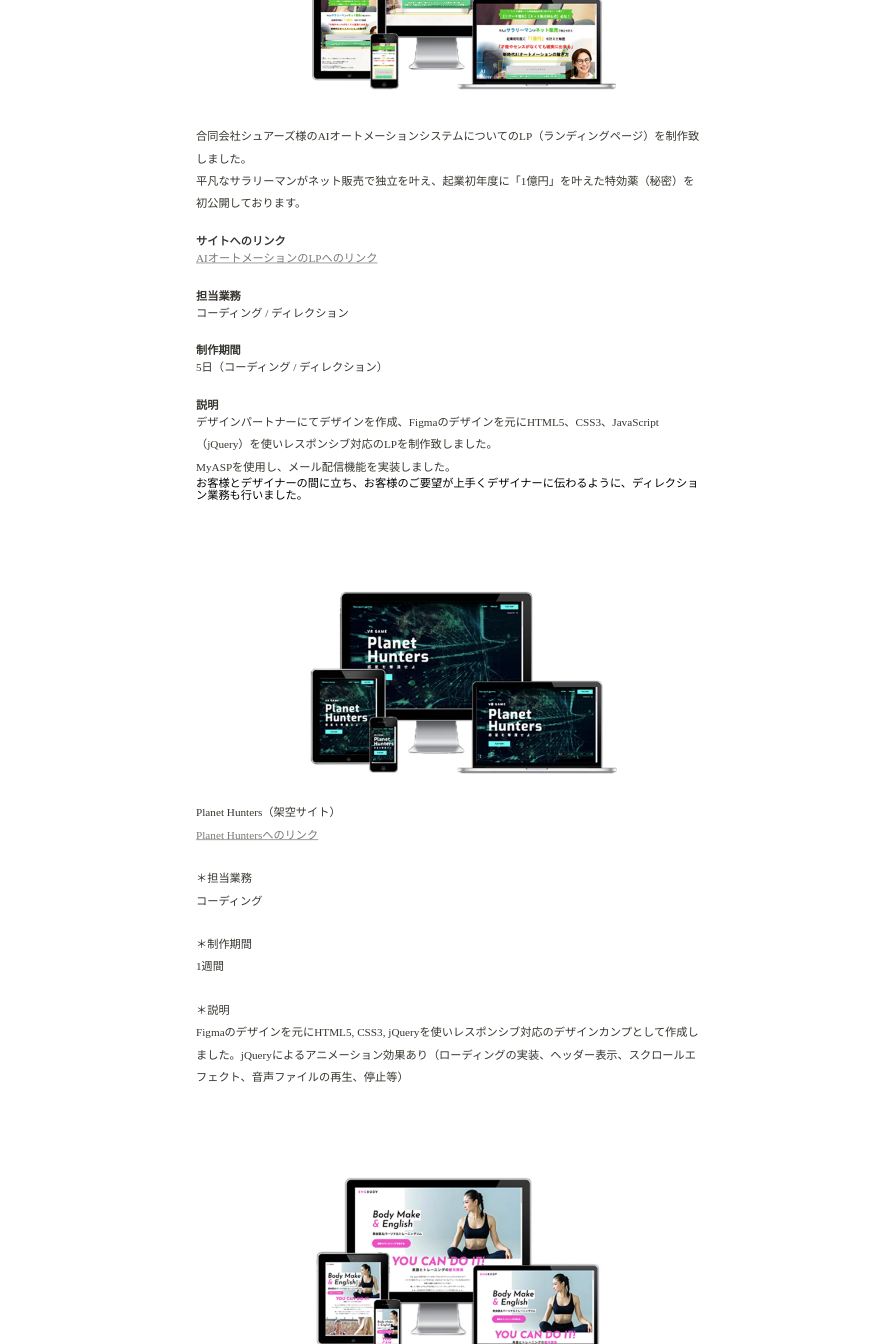
Repository: tetishi/my-portfolio
Page: index.html
An editor plug-in stored every save of this project. The page is shown before and after a run of saves, followed by the edit.
The browser window is 1280 px wide. The pictures show the part of the page from y = 3053 to 4973 px (the page is 11517 px tall before and 11485 px after), at 70% of full size.
The style sheet was rebuilt from its Sass, Less or Tailwind sources for each picture, by a compiler version that may differ from the author's.

Above is the page before, as saved 2024-05-19 15:44:39.

### index.html
<!DOCTYPE html>
<html lang="ja">

<head>
    <meta name="robots" content="noindex">
    <meta charset="UTF-8">
    <meta name="viewport" content="width=device-width, initial-scale=1.0">
    <meta http-equiv="X-UA-Compatible" content="ie=edge">
    <meta property="og:title" content="石田哲朗のポートフォリオ" />
    <meta property="og:type" content="website" />
    <meta property="og:url" content="http://tetsuroishida.com/" />
    <meta property="og:image" content="#" />
    <meta property="og:site_name" content="ポートフォリオ" />
    <meta property="og:description" content="石田哲朗のポートフォリオです。過去の作品、スキル、使用ツール、自己紹介を掲載しております。" />
    <title>石田哲朗のポートフォリオ</title>
    <link rel="stylesheet" href="reset.css">
    <link rel="stylesheet" href="style.css">
    <link rel="icon" href="img/favicon.ico">
</head>

<body>
    <header class="header">
        <div class="header-inner">
            <h1 class="logo">
                <a href="/">
                    <img class="logo_img" src="img/favicon.png" alt="">
                </a>
            </h1>
            <nav class="header-nav">
                <ul class="header-ul">
                    <li class="header-li">
                        <a href="#">過去の作品</a>
                    </li>
                    <li class="header-li">
                        <a href="#">スキル</a>
                    </li>
                    <li class="header-li">
                        <a href="#">使用ツール</a>
                    </li>
                    <li class="header-li">
                        <a href="#">私について</a>
                    </li>
                </ul>
            </nav>
            <button class="mobile-menu_btn">
                <span></span>
                <span></span>
                <span></span>
            </button>
            <div class="mobile-header">
                <nav class="mobile-header_nav">
                    <ul class="mobile-header_ul">
                        <li class="mobile-header_li">
                            <a href="#">過去の作品</a>
                        </li>
                        <li class="mobile-header_li">
                            <a href="#">スキル</a>
                        </li>
                        <li class="mobile-header_li">
                            <a href="#">使用ツール</a>
                        </li>
                        <li class="mobile-header_li">
                            <a href="#">私について</a>
                        </li>
                    </ul>
                </nav>
            </div>
        </div>
    </header>

    <main>

        <section>
            <!-- ここ記入 -->
            <h1>ポートフォリオ<br class="d-none">（石田 哲朗）</h1>
            <p>お忙しい中 ご覧頂きありがとうございます。</p>
            <p>以下、過去の作品でございます。</p>
            <!-- ここ記入 -->
            <!-- <p>ベーシック認証がかかっているものは<br>ID aaa<br>パスワード aaa<br> です。</p> -->
        </section>
        <section>

            <h2>過去の作品</h2>
            <h3 class="sub-tit">LP作成</h3>

            <!-- １作品目 -->
            <div class="work">
                <!-- ここ記入 -->
                <h3 class="work_tit">UNIVERSAL HOLDINGS様／山中湖オリオン</h3>

                <!-- サイトのイメージ写真を入れます -->
                <a class="work_img-link" target="_blank" href="https://orion.universalholdings.jp/">
                    <picture>
                        <source srcset="img/universal-holdings@2x.webp" type="image/webp">
                        <img src="img/universal-holdings@2x.png">
                    </picture>
                </a>
                <p>
                    UNIVERSAL HOLDINGS様の貸別荘ビジネス「山中湖オリオン」についてのLP（ランディングページ）を制作致しました。<br>
                    「山中湖オリオン」は優れた強固な構造が特徴で、長期の運用が可能なフィンランドログを使用した貸別荘です。<br>
                </p>
                <h3 class="details">サイトへのリンク</h3>
                <!-- ここ記入 -->
                <p class="work_link"><a target="_blank" rel="noopener noreferrer" href="https://orion.universalholdings.jp/">UNIVERSAL HOLDINGS様／山中湖オリオンのLPへのリンク</a></p>
                <p class="work_link"><a target="_blank" rel="noopener noreferrer" href="https://orion-salon.universalholdings.jp/">UNIVERSAL HOLDINGS様／山中湖オリオン ABテスト用LPへのリンク</a></p>

                <h3 class="details">担当業務</h3>
                <p>コーディング / WordPress</p>
                <h3 class="details">サイトの目的</h3>
                <p>共同事業パートナーの募集 / 事業の認知</p>
                <h3 class="details">制作期間</h3>
                <!-- ここ記入 -->
                <p>約5日（コーディング / WordPress）</p>
                <h3 class="details">説明</h3>
                <!-- ここ記入 -->
                <p>
                    UNIVERSAL HOLDINGS様の貸別荘ビジネス「山中湖オリオン」についてのLP（ランディングページ）を制作致しました。<br>
                    「山中湖オリオン」は優れた強固な構造が特徴で、長期の運用が可能なフィンランドログを使用した貸別荘です。<br>
                    デザインパートナーにてデザインを作成、Photoshopのデザインを元にHTML5, CSS3, JavaScript(jQuery)を使用しLPをコーディング、WordPress化致しました。<br>
                    ・ユーザーにとってクリックしやすくなるように、ボタンは光るようにコーディングしております。<br>
                    ・ABテスト用に一部異なるデザインのLPも制作致しました。
                </p>
            </div>


            <!-- 2作品目 -->
            <div class="work">
                <!-- ここ記入 -->
                <h3 class="work_tit">合同会社シュアーズ様／AIオートメーションシステムのLP</h3>

                <!-- サイトのイメージ写真を入れます -->
                <a class="work_img-link" target="_blank" href="https://sedori-go.com/automation-b/">
                    <picture>
                        <source srcset="img/automation-b@2x.webp" type="image/webp">
                        <img src="img/automation-b@2x.png">
                    </picture>
                </a>
                <!-- ここ記入 -->
                <p>
                    合同会社シュアーズ様のAIオートメーションシステムについてのLP（ランディングページ）を制作致しました。<br>
                    平凡なサラリーマンがネット販売で独立を叶え、起業初年度に「1億円」を叶えた特効薬（秘密）を初公開しております。
                </p>

                <h3 class="details">サイトへのリンク</h3>
                <p class="work_link"><a target="_blank" rel="noopener noreferrer" href="https://sedori-go.com/automation-b/">AIオートメーションシステムのLPへのリンク</a></p>

                <h3 class="details">担当業務</h3>
                <p>コーディング / ディレクション</p>

                <h3 class="details">サイトの目的</h3>
                <p>サービスの認知 / 新規クライアントの獲得</p>

                <h3 class="details">制作期間</h3>
                <!-- ここ記入 -->
                <p>5日（コーディング / ディレクション）</p>

                <h3 class="details">説明</h3>
                <!-- ここ記入 -->
                <p>デザインパートナーにてデザインを作成、Figmaのデザインを元にHTML5、CSS3、JavaScript（jQuery）を使いレスポンシブ対応のLPを制作致しました。<br>
                    MyASPを使用し、メール配信機能を実装しました。<br>
                    お客様とデザイナーの間に立ち、お客様のご要望が上手くデザイナーに伝わるように、ディレクション業務も行いました。
                </p>
            </div>

            <!-- 3作品目 -->
            <div class="work">
                <h3 class="work_tit">合同会社シュアーズ様／AIオートメーションのLP</h3>

                <!-- サイトのイメージ写真を入れます -->
                <a class="work_img-link" target="_blank" href="https://sedori-go.com/automationlp/">
                    <picture>
                        <source srcset="img/automation-a@2x.webp" type="image/webp">
                        <img src="img/automation-a@2x.png">
                    </picture>
                </a>
                <!-- ここ記入 -->
                <p>
                    合同会社シュアーズ様のAIオートメーションシステムについてのLP（ランディングページ）を制作致しました。<br>
                    平凡なサラリーマンがネット販売で独立を叶え、起業初年度に「1億円」を叶えた特効薬（秘密）を初公開しております。
                </p>

                <h3 class="details">サイトへのリンク</h3>
                <p class="work_link"><a target="_blank" rel="noopener noreferrer" href="https://sedori-go.com/automationlp/">AIオートメーションのLPへのリンク</a></p>

                <h3 class="details">担当業務</h3>
                <p>コーディング / ディレクション</p>

                <h3 class="details">制作期間</h3>
                <!-- ここ記入 -->
                <!-- <p>11日（6日デザイン、5日コーディング）</p> -->
                <p>5日（コーディング / ディレクション）</p>

                <h3 class="details">説明</h3>
                <!-- ここ記入 -->
                <p>デザインパートナーにてデザインを作成、Figmaのデザインを元にHTML5、CSS3、JavaScript（jQuery）を使いレスポンシブ対応のLPを制作致しました。<br>
                    MyASPを使用し、メール配信機能を実装しました。</p>
                    お客様とデザイナーの間に立ち、お客様のご要望が上手くデザイナーに伝わるように、ディレクション業務も行いました。
            </div>

            <!-- 4作品目 -->
            <div class="work">
                <!-- サイトのイメージ写真を入れます -->
                <picture>
                    <source srcset="img/planet-hunters@2x.webp" type="image/webp">
                    <img src="img/planet-hunters@2x.png">
                </picture>
                <!-- ここ記入 -->
                <p class="work_tit">Planet Hunters（架空サイト）</p>
                <!-- ここ記入 -->
                <p class="work_link"><a target="_blank" rel="noopener noreferrer" href="https://tetishi.github.io/planet-hunters/">Planet Huntersへのリンク</a></p>
                <p class="details">＊担当業務</p>
                <p>コーディング</p>
                <p class="details">＊制作期間</p>
                <!-- ここ記入 -->
                <p>1週間</p>
                <p class="details">＊説明</p>
                <!-- ここ記入 -->
                <p>Figmaのデザインを元にHTML5, CSS3, jQueryを使いレスポンシブ対応のデザインカンプとして作成しました。jQueryによるアニメーション効果あり（ローディングの実装、ヘッダー表示、スクロールエフェクト、音声ファイルの再生、停止等）</p>
            </div>

            <!-- 5作品目 -->
            <div class="work">
                <!-- サイトのイメージ写真を入れます -->
                <picture>
                    <source srcset="img/engbody@2x.webp" type="image/webp">
                    <img src="img/engbody@2x.png">
                </picture>
                <!-- ここ記入 -->
                <p class="work_tit">ENGBODY（架空サイト）</p>
                <!-- ここ記入 -->
                <p class="work_link"><a target="_blank" rel="noopener noreferrer" href="https://tetishi.github.io/engbody/">ENGBODYへのリンク</a></p>
                <p class="details">＊担当業務</p>
                <p>コーディング</p>
                <p class="details">＊制作期間</p>
                <!-- ここ記入 -->
                <p>2週間</p>
                <p class="details">＊説明</p>
                <!-- ここ記入 -->
                <p>XDのデザインを元にHTML5, CSS3, jQueryを使いレスポンシブ対応のデザインカンプとして作成しました。jQueryによるアニメーション効果あり（ヘッダー表示、背景色のアニメーション、スクロールエフェクト、タブ、スライダー、アコーディオン、ページ内横スクロール等）モバイルファーストによるコーディングを実施しました。</p>
            </div>

            <!-- 　6作品目 -->
            <div class="work">
                <!-- サイトのイメージ写真を入れます -->
                <picture>
                    <source srcset="img/cresta-design@2x.webp" type="image/webp">
                    <img src="img/cresta-design@2x.png">
                </picture>
                <!-- ここ記入 -->
                <p class="work_tit">Cresta Design（架空サイト）</p>
                <!-- ここ記入 -->
                <p class="work_link"><a target="_blank" rel="noopener noreferrer" href="https://tetishi.github.io/cresta-design/">Cresta Designへのリンク</a></p>
                <p class="details">＊担当業務</p>
                <p>コーディング</p>
                <p class="details">＊制作期間</p>
                <!-- ここ記入 -->
                <p>2週間</p>
                <p class="details">＊説明</p>
                <!-- ここ記入 -->
                <p>XDのデザインを元にHTML5, CSS3, jQueryを使いレスポンシブ対応のデザインカンプとして作成しました。jQueryによるアニメーション効果あり（ハンバーガーメニュー、ページ内スクロールボタン）</p>
            </div>

            <!-- 　7作品目 -->
            <div class="work">
                <!-- サイトのイメージ写真を入れます -->
                <picture>
                    <source srcset="img/wdc@2x.webp" type="image/webp">
                    <img src="img/wdc@2x.png">
                </picture>
                <!-- ここ記入 -->
                <p class="work_tit">WDC（架空サイト）</p>
                <!-- ここ記入 -->
                <p class="work_link"><a target="_blank" rel="noopener noreferrer" href="https://tetishi.github.io/wdc/">WDCへのリンク</a></p>
                <p class="details">＊担当業務</p>
                <p>コーディング</p>
                <p class="details">＊制作期間</p>
                <!-- ここ記入 -->
                <p>2週間</p>
                <p class="details">＊説明</p>
                <!-- ここ記入 -->
                <p>XDのデザインを元にHTML5, CSS3, jQueryを使いレスポンシブ対応のデザインカンプとして作成しました。jQueryによるアニメーション効果あり（ページ内スクロールボタン、トップに戻るボタン）</p>
            </div>

            <!-- 　8作品目 -->
            <div class="work">
                <!-- サイトのイメージ写真を入れます -->
                <picture>
                    <source srcset="img/munchkin@2x.webp" type="image/webp">
                    <img src="img/munchkin@2x.png">
                </picture>
                <!-- ここ記入 -->
                <p class="work_tit">MUNCHKIN（架空サイト）</p>
                <!-- ここ記入 -->
                <p class="work_link"><a target="_blank" rel="noopener noreferrer" href="https://tetishi.github.io/munchkin2/">MUNCHKINへのリンク</a></p>
                <p class="details">＊担当業務</p>
                <p>コーディング</p>
                <p class="details">＊制作期間</p>
                <!-- ここ記入 -->
                <p>1週間</p>
                <p class="details">＊説明</p>
                <!-- ここ記入 -->
                <p>XDのデザインを元にHTML5, CSS3, jQueryを使いレスポンシブ対応のデザインカンプとして作成しました。jQueryによるアニメーション効果あり（ハンバーガーメニュー、スクロールボタン）</p>
            </div>


            <h3 class="sub-tit">コーポレイトサイト作成</h3>
            <!-- 　1作品目 -->
            <div class="work">
                <!-- サイトのイメージ写真を入れます -->
                <picture>
                    <source srcset="img/pon-design@2x.webp" type="image/webp">
                    <img src="img/pon-design@2x.png">
                </picture>
                <!-- ここ記入 -->
                <p class="work_tit">PON DESIGN（架空サイト）</p>
                <!-- ここ記入 -->
                <p class="work_link"><a target="_blank" rel="noopener noreferrer" href="https://tetishi.github.io/pon-design/">PON DESIGNへのリンク</a></p>
                <p class="details">＊担当業務</p>
                <p>コーディング</p>
                <p class="details">＊制作期間</p>
                <!-- ここ記入 -->
                <p>約18日</p>
                <p class="details">＊説明</p>
                <!-- ここ記入 -->
                <p>XDのデザインを元にHTML5, CSS3, jQueryを使いレスポンシブ対応のデザインカンプとして作成しました。jQueryによるアニメーション効果あり（ハンバーガーメニュー、スライダー等）</p>
            </div>


            <!-- 　2作品目 -->
            <div class="work">
                <!-- サイトのイメージ写真を入れます -->
                <picture>
                    <source srcset="img/start@2x.webp" type="image/webp">
                    <img src="img/start@2x.png">
                </picture>
                <!-- ここ記入 -->
                <p class="work_tit">START（架空サイト）</p>
                <!-- ここ記入 -->
                <p class="work_link"><a target="_blank" rel="noopener noreferrer" href="https://tetishi.github.io/">STARTへのリンク</a></p>
                <p class="details">＊担当業務</p>
                <p>コーディング</p>
                <p class="details">＊制作期間</p>
                <!-- ここ記入 -->
                <p>1週間</p>
                <p class="details">＊説明</p>
                <!-- ここ記入 -->
                <p>XDのデザインを元にHTML5, CSS3, jQueryを使いレスポンシブ対応のデザインカンプとして作成しました。jQueryによるアニメーション効果あり（ハンバーガーメニュー）</p>
            </div>

            <!-- <div class="work"> -->
                <!-- サイトのイメージ写真を入れます -->
                <!-- <picture>
                    <source srcset="img/#" type="image/webp">
                    <img src="img/#">
                </picture> -->
                <!-- ここ記入 -->
                <!-- <p class="work_tit">ここに作品のタイトルを入れます</p> -->
                <!-- ここ記入 -->
                <!-- <p class="work_link"><a target="_blank" rel="noopener noreferrer" href="#">ここにリンクを入れます</a></p>
                <p class="details">＊担当業務</p>
                <p>コーディング</p>
                <p class="details">＊制作期間</p> -->
                <!-- ここ記入 -->
                <!-- <p>○週間</p>
                <p class="details">＊説明</p> -->
                <!-- ここ記入 -->
                <!-- <p>ここに説明文を入れます</p>
            </div> -->


        </section>
        <section>
            <h2>スキル</h2>
            <h3 class="info-tit">使用言語</h3>
            <p>HTML / CSS / Sass / Javascript / SEO / PHP</p>
            <h3 class="info-tit">フレ-ムワーク</h3>
            <p>jQuery / WordPress</p>
        </section>
        <section>
            <h2>使用ツール</h2>
            <h3 class="info-tit">エディター</h3>
            <p>Visual Studio Code</p>
            <h3 class="info-tit">テストサーバー</h3>
            <p>シン・クラウド for Free / エックスフリー</p>
            <h3 class="info-tit">バージョン管理ツール</h3>
            <p>GitHub</p>
            <h3 class="info-tit">連絡ツール</h3>
            <p>slack / Chatwork</p>
        </section>
        <section>
            <h2>私について</h2>
            <!-- 自分の写真を入れます -->
            <picture>
                <source srcset="img/myself.webp" type="image/webp">
                <img class="people" src="img/myself.jpeg">
            </picture>
            <!-- <img class="people" src="img/myself.jpeg"> -->
            <h3 class="info-tit">名前</h3>
            <!-- ここ記入 -->
            <p>石田 哲朗</p>
            <h3 class="info-tit">生年月日</h3>
            <!-- ここ記入 -->
            <p>1992年11月12日</p>
            <h3 class="info-tit">出身</h3>
            <!-- ここ記入 -->
            <p>奈良県</p>
            <h3 class="info-tit">経歴</h3>
            <!-- ここ記入 -->
            <ul class="carrier-list">
                <li class="carrier-item">
                    <p class="carrier-year">2015</p>
                    <p class="carrier-content">大阪の大学を経済学部で卒業</p>
                </li>
                <li class="carrier-item">
                    <p class="carrier-year">2015 - 2017</p>
                    <p class="carrier-content">アメリカ、ロサンゼルスの語学学校で英語を学ぶ</p>
                </li>
                <li class="carrier-item">
                    <p class="carrier-year">2017 - 2019</p>
                    <p class="carrier-content">カリフォルニア州オークランドにあるLaney Collegeにてコンピュータプログラミング専攻し卒業</p>
                </li>
                <li class="carrier-item">
                    <p class="carrier-year">2019</p>
                    <p class="carrier-content">フリーランスのWebエンジニアとして活動</p>
                </li>
                <li class="carrier-item">
                    <p class="carrier-year">2019 - 2020</p>
                    <p class="carrier-content">プログラミングスクールにてRuby on Ralisなどを学び実際に業務としてWeb開発を実施</p>
                </li>
                <li class="carrier-item">
                    <p class="carrier-year">2021 ~ 2023</p>
                    <p class="carrier-content">ネットワークエンジニアとして勤務</p>
                </li>
                <li class="carrier-item">
                    <p class="carrier-year">2022 ~ 現在</p>
                    <p class="carrier-content">フリーランスのWebエンジニアとして活動中</p>
                </li>
            </ul>
        </section>



    </main>

    <footer class="footer">
        <div class="footer-copyright">
            <p>
                © 2023 Tetsuro Ishida's portfolio All rights reserved
            </p>
        </div>
    </footer>

</body>

</html>

### reset.css
/*
html5doctor.com Reset Stylesheet
v1.6.1
Last Updated: 2010-09-17
Author: Richard Clark - http://richclarkdesign.com
Twitter: @rich_clark
*/

html,
body,
div,
span,
object,
iframe,
h1,
h2,
h3,
h4,
h5,
h6,
p,
blockquote,
pre,
abbr,
address,
cite,
code,
del,
dfn,
em,
img,
ins,
kbd,
q,
samp,
small,
strong,
sub,
sup,
var,
b,
i,
dl,
dt,
dd,
ol,
ul,
li,
fieldset,
form,
label,
legend,
table,
caption,
tbody,
tfoot,
thead,
tr,
th,
td,
article,
aside,
canvas,
details,
figcaption,
figure,
footer,
header,
hgroup,
menu,
nav,
section,
summary,
time,
mark,
audio,
video {
    margin: 0;
    padding: 0;
    border: 0;
    outline: 0;
    font-size: 100%;
    vertical-align: baseline;
    background: transparent;
}

body {
    line-height: 1;
}

article,
aside,
details,
figcaption,
figure,
footer,
header,
hgroup,
menu,
nav,
section {
    display: block;
}

nav ul {
    list-style: none;
}

blockquote,
q {
    quotes: none;
}

blockquote:before,
blockquote:after,
q:before,
q:after {
    content: '';
    content: none;
}

a {
    margin: 0;
    padding: 0;
    font-size: 100%;
    vertical-align: baseline;
    background: transparent;
}


/* change colours to suit your needs */

ins {
    background-color: #ff9;
    color: #000;
    text-decoration: none;
}


/* change colours to suit your needs */

mark {
    background-color: #ff9;
    color: #000;
    font-style: italic;
    font-weight: bold;
}

del {
    text-decoration: line-through;
}

abbr[title],
dfn[title] {
    border-bottom: 1px dotted;
    cursor: help;
}

table {
    border-collapse: collapse;
    border-spacing: 0;
}


/* change border colour to suit your needs */

hr {
    display: block;
    height: 1px;
    border: 0;
    border-top: 1px solid #cccccc;
    margin: 1em 0;
    padding: 0;
}

input,
select {
    vertical-align: middle;
}


/*end reset css*/

Loaded but not shown: style.scss (210 lines, source omitted)

After the next 3 saves:
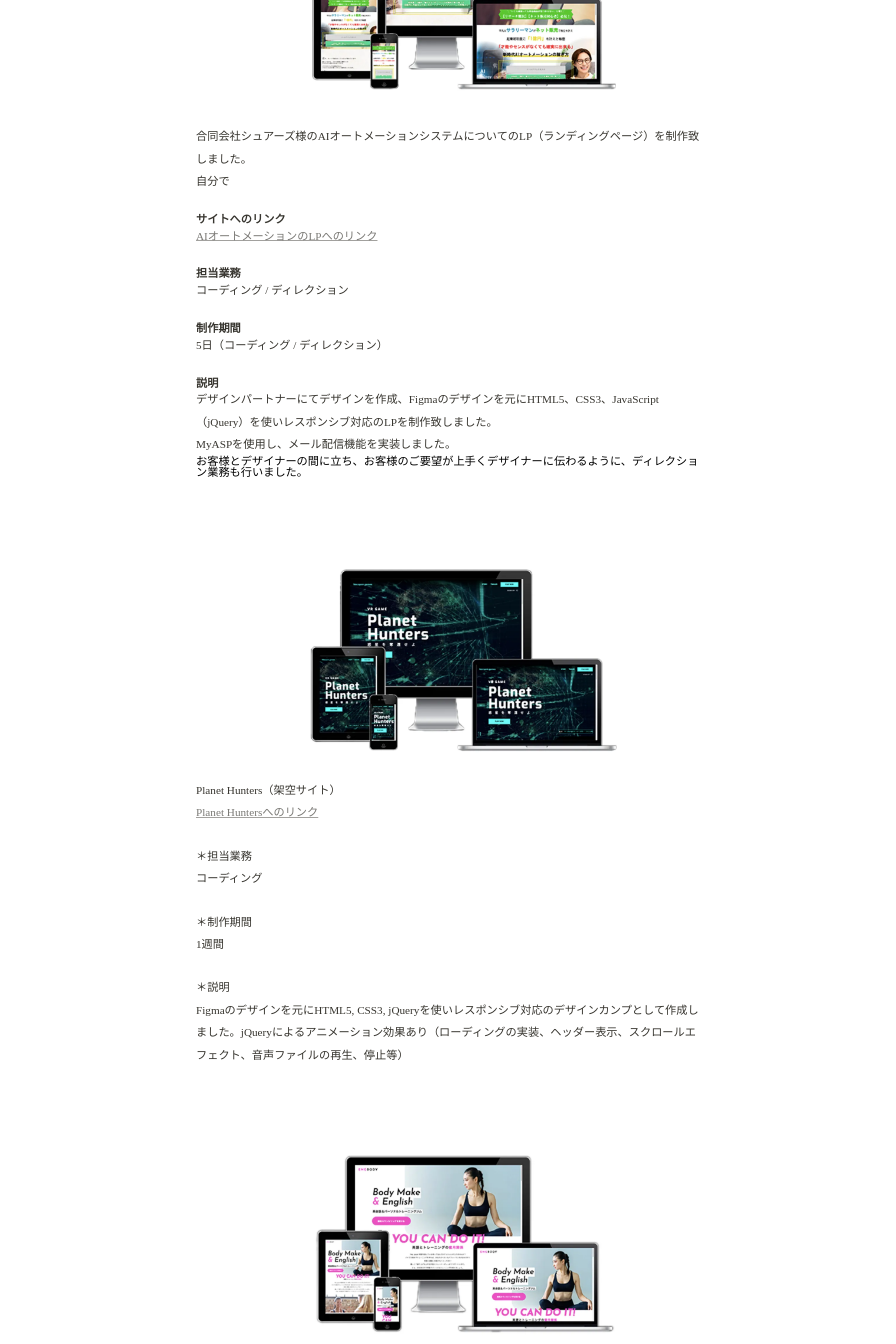
The 3 saves are shown as one change because they came seconds apart.
The last was saved 14 s later.
--- a/index.html
+++ b/index.html
@@ -176,7 +176,7 @@
                 <!-- ここ記入 -->
                 <p>
                     合同会社シュアーズ様のAIオートメーションシステムについてのLP（ランディングページ）を制作致しました。<br>
-                    平凡なサラリーマンがネット販売で独立を叶え、起業初年度に「1億円」を叶えた特効薬（秘密）を初公開しております。
+                    自分で
                 </p>
 
                 <h3 class="details">サイトへのリンク</h3>
